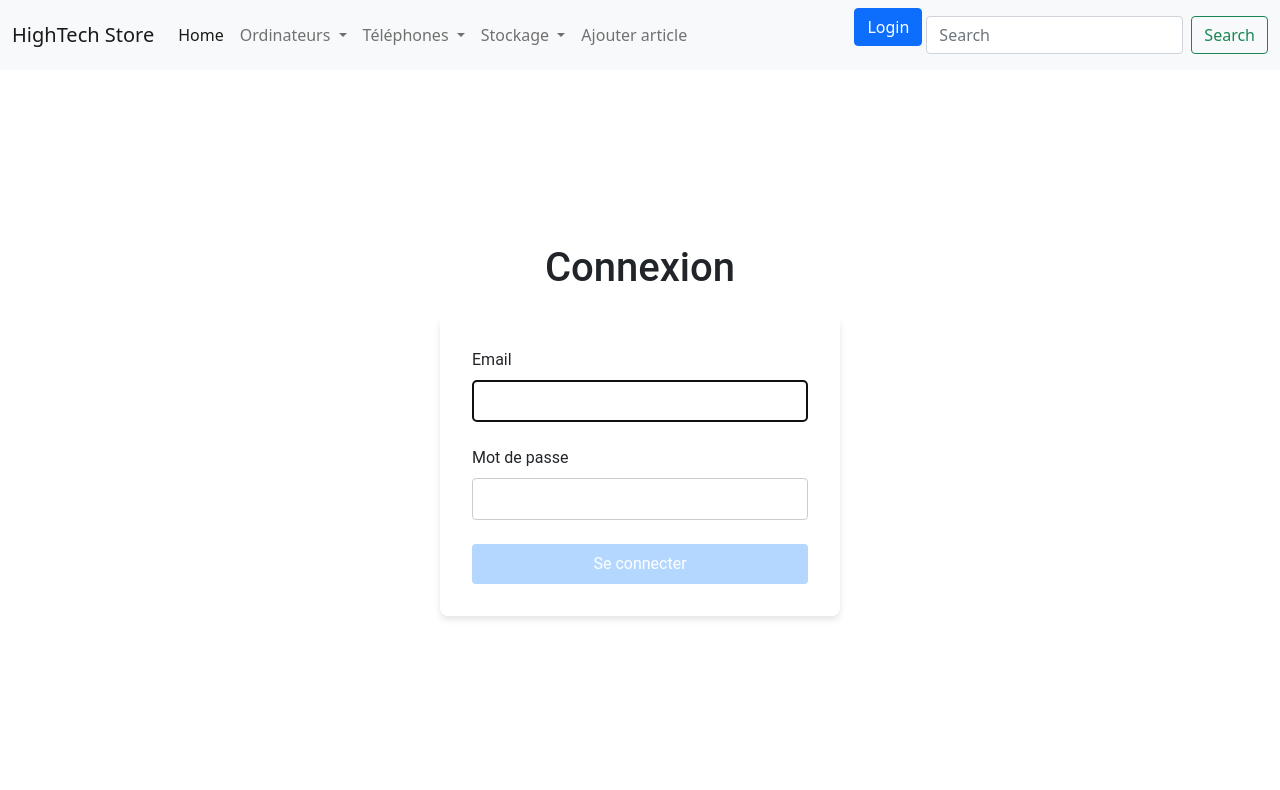
Repository: HaPhuong-krys/M1-angular
Page: /Connexion
The author's editor kept a copy of each file at every save. The page is drawn from the files as they stood at one save, then again after a run of saves.
The browser window is 1280 px wide. The pictures show the whole page.
The project was rebuilt for these pictures with package versions that can differ from the ones it lists, and the page was loaded fresh each time. Also part of the build but not shown: angular.json, src/app/home/home.component.ts, src/app/pc-bureau/pc-bureau.component.ts, src/app/pc-portable/pc-portable.component.ts, src/app/ajouter-article-form/ajouter-article-form.component.ts, src/app/Model/Articles.ts, src/app/accessoire-ordi/accessoire-ordi.component.ts, src/app/smart-phone/smart-phone.component.ts and 10 more.

Above is the page before, as saved 2023-04-23 01:39:48.

After the next 2 saves:
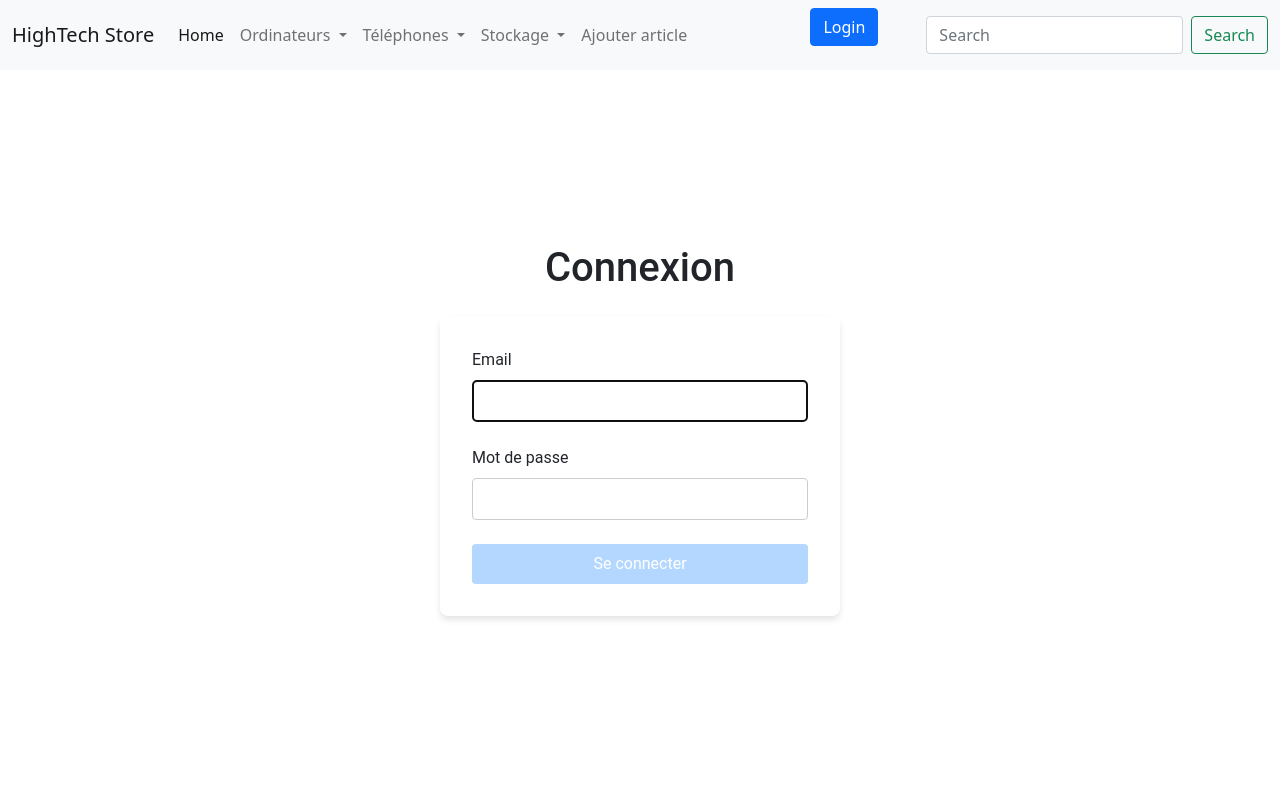
The 2 saves are shown as one change because they came seconds apart.
The last was saved 15 s later.
--- a/src/app/navbar/navbar.component.html
+++ b/src/app/navbar/navbar.component.html
@@ -56,7 +56,7 @@
             <a class="btn btn-danger mx-1" (click)="logout()" routerLink="/Home">Logout</a>
           </ul>
           <ul *ngIf="!(isLoggedIn$ | async)">
-            <a routerLink="/Connexion" class="btn btn-primary mx-1" role="button">Login</a>
+            <a routerLink="/Connexion" class="btn btn-primary mx-5" role="button">Login</a>
           </ul>
 
         </div>
